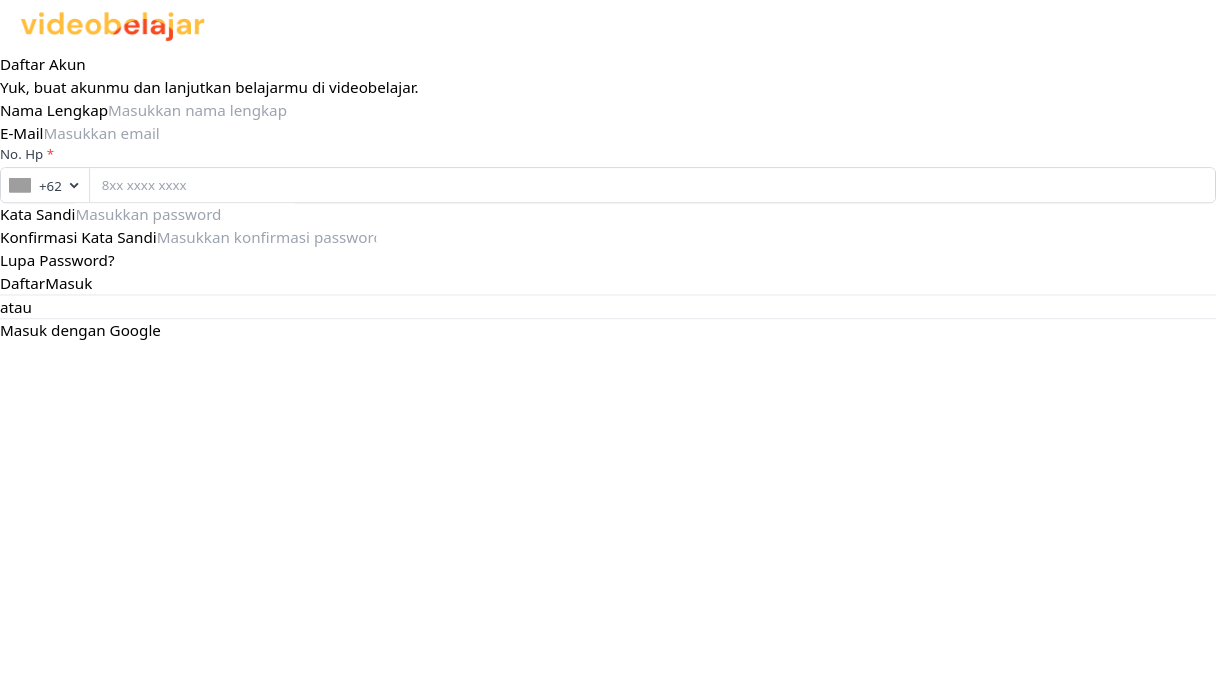
Repository: dimascahyanugraha/Course-Mission-4
Page: /signup
An editor plug-in stored every save of this project. The page is shown before and after the next save, followed by the edit.
The browser window is 1280 px wide. The pictures show the whole page, at 95% of full size.
Pictures or frames that could not be fetched are drawn as grey boxes. The project was rebuilt for these pictures with package versions that can differ from the ones it lists, and the page was loaded fresh each time. Also part of the build but not shown: vite.config.js, src/components/LoginPage.jsx.

Above is the page before, as saved 2026-05-29 10:36:51.

After the next save:
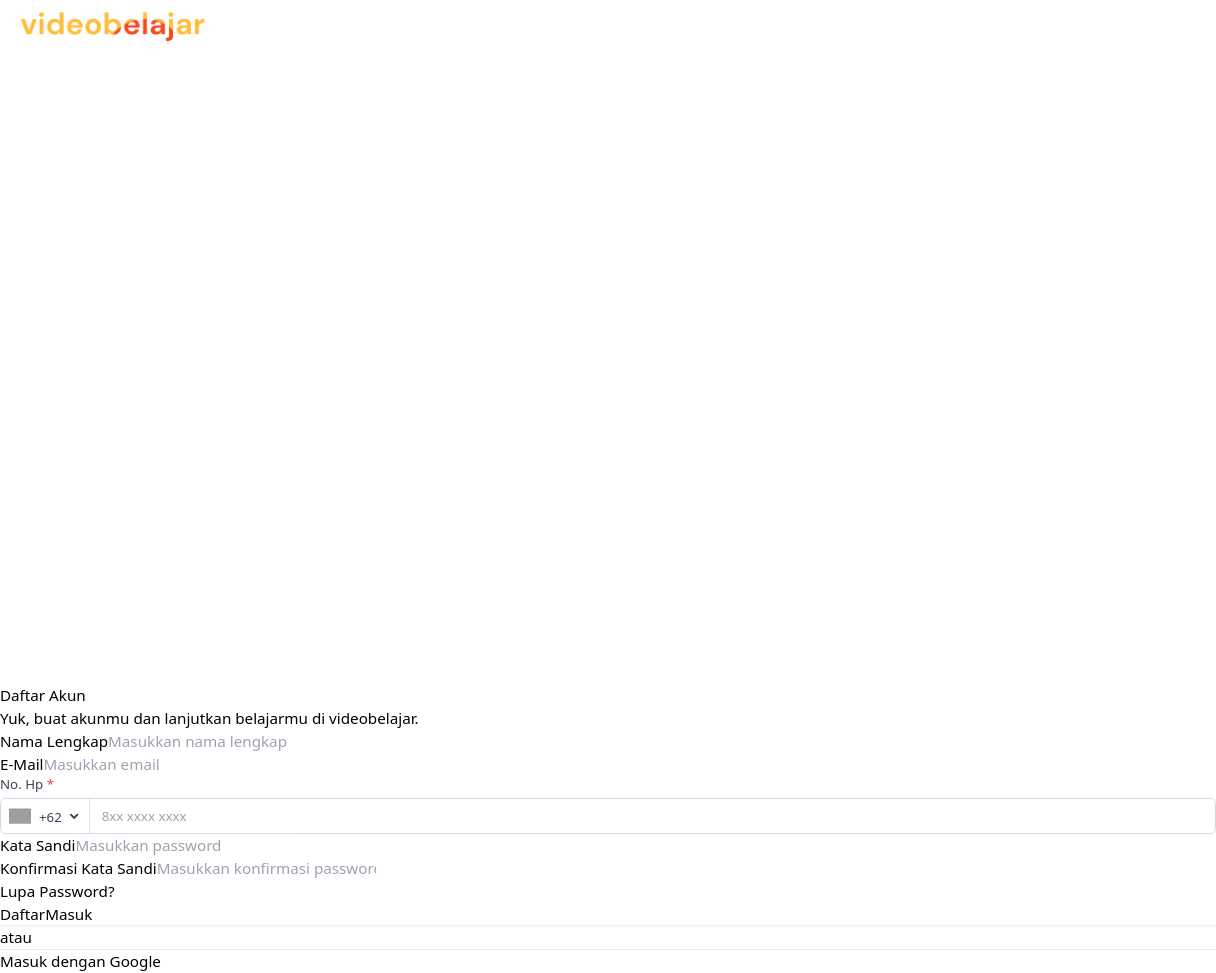
Saved 2 min 3 s later.
--- a/src/components/Signup.jsx
+++ b/src/components/Signup.jsx
@@ -4,7 +4,7 @@
 export default function Signup() {
   return (
     <>
-      <header>
+      <header className="min-h-screen">
         <img src={logoVideoBelajar} alt="logo" />
       </header>
 

After the save that followed:
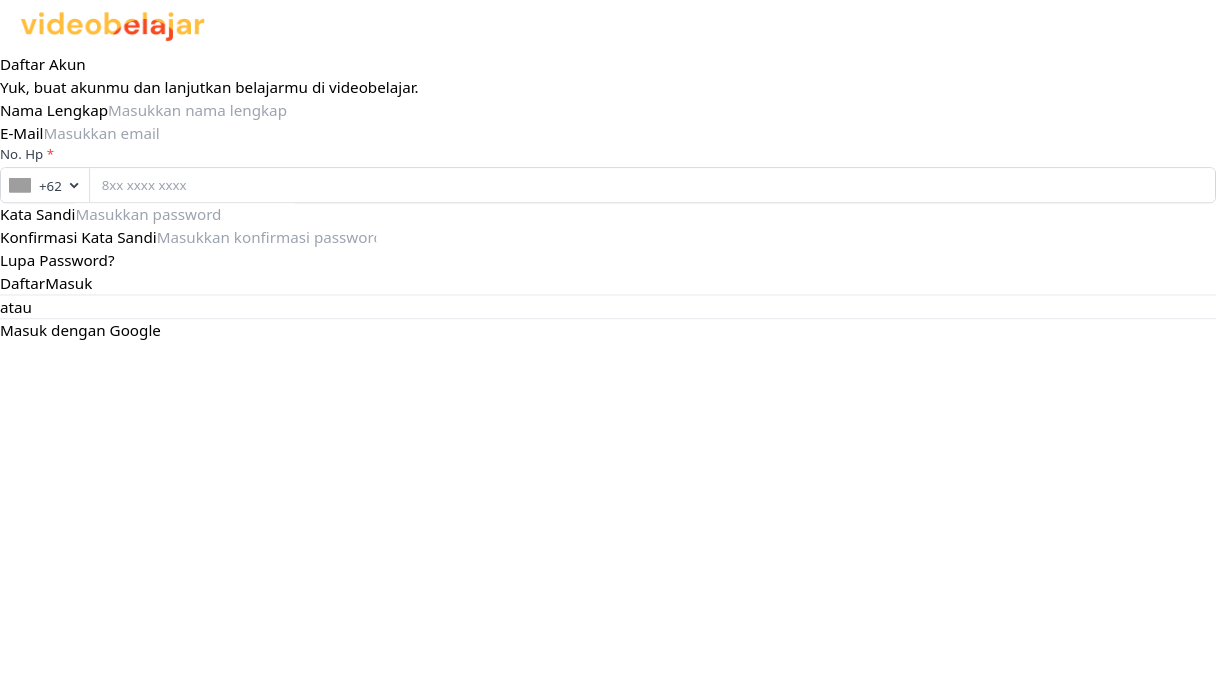
Saved 72 s later.
--- a/src/components/Signup.jsx
+++ b/src/components/Signup.jsx
@@ -3,8 +3,8 @@
 
 export default function Signup() {
   return (
-    <>
-      <header className="min-h-screen">
+    <div className="min-h-screen">
+      <header>
         <img src={logoVideoBelajar} alt="logo" />
       </header>
 
@@ -73,6 +73,6 @@
         {/* GOOGLE SIGN IN */}
         <button>Masuk dengan Google</button>
       </main>
-    </>
+    </div>
   );
 }
